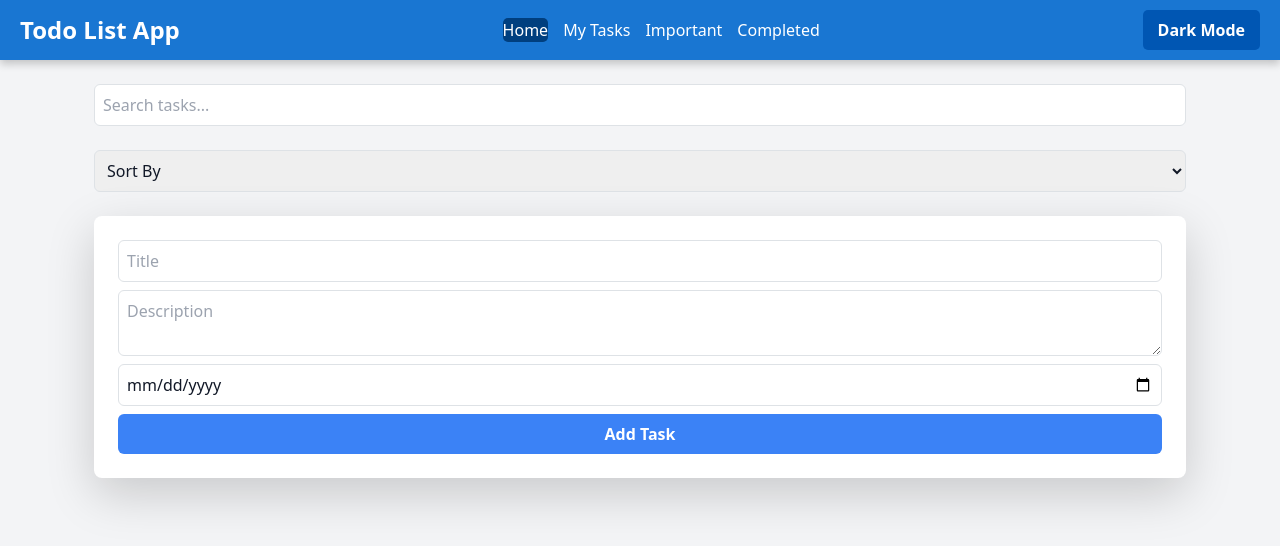
Repository: HPNChanel/Todo-List-Web-App
Page: / (app in frontend/todolist/)
An editor plug-in stored every save of this project. The page is shown before and after the next save, followed by the edit.
The browser window is 1280 px wide. The pictures show the whole page.
The page's requests for data from a server got no answer. The project was rebuilt for these pictures with package versions that can differ from the ones it lists, and the page was loaded fresh each time. No one was signed in, and anything a server would have sent is missing. Also part of the build but not shown: frontend/todolist/src/workspaces/MyTasks.js, frontend/todolist/src/workspaces/ImportantTasks.js, frontend/todolist/src/workspaces/CompletedTasks.js, frontend/todolist/src/components/Workspace.js, frontend/todolist/src/components/TaskItem.js.

Above is the page before, as saved 2024-11-09 12:00:40.

### frontend/todolist/src/App.js
// src/App.js
import React, { useState } from 'react';
import { BrowserRouter as Router, Route, Routes } from 'react-router-dom';
import NavBar from './components/NavBar';
import Workspace from './components/Workspace';
import TaskList from './components/TaskList';
import { TaskProvider } from './contexts/TaskContext';
import { ToastContainer } from 'react-toastify';
import { motion } from 'framer-motion';

function App() {
    const [isDarkMode, setIsDarkMode] = useState(false);

    const toggleDarkMode = () => setIsDarkMode(!isDarkMode);

    return (
        <TaskProvider>
            <Router>
                <ToastContainer position="top-right" autoClose={3000} />
                <motion.div
                    initial={{ opacity: 0 }}
                    animate={{ opacity: 1 }}
                    exit={{ opacity: 0 }}
                    className={`${isDarkMode ? 'dark' : ''}`}
                >
                    <div className={`min-h-screen ${isDarkMode ? 'bg-gray-800 text-gray-100' : 'bg-gray-100 text-gray-900'}`}>
                        <NavBar isDarkMode={isDarkMode} toggleDarkMode={toggleDarkMode} />
                        <Routes>
                            <Route path="/workspace/*" element={<Workspace />} />
                            <Route path="/" element={<TaskList />} />
                        </Routes>
                    </div>
                </motion.div>
            </Router>
        </TaskProvider>
    );
}

export default App;

### frontend/todolist/src/components/NavBar.js
// src/components/NavBar.js
import React from 'react';
import { NavLink } from 'react-router-dom';
import '../styles/NavBar.css';

function NavBar({ isDarkMode, toggleDarkMode }) {
    return (
        <div className={`nav-bar ${isDarkMode ? 'bg-gray-900 text-white' : 'bg-blue-600 text-white'}`}>
            <div className="nav-title">Todo List App</div>
            <div className="nav-links">
                <NavLink to="/" exact activeClassName="active" className="nav-link">
                    Home
                </NavLink>
                <NavLink to="/workspace/my-tasks" activeClassName="active" className="nav-link">
                    My Tasks
                </NavLink>
                <NavLink to="/workspace/important" activeClassName="active" className="nav-link">
                    Important
                </NavLink>
                <NavLink to="/workspace/completed" activeClassName="active" className="nav-link">
                    Completed
                </NavLink>
            </div>
            <button onClick={toggleDarkMode} className="dark-mode-toggle">
                {isDarkMode ? 'Light Mode' : 'Dark Mode'}
            </button>
        </div>
    );
}

export default NavBar;

### frontend/todolist/src/components/TaskList.js
// src/components/TaskList.js
import React, { useState, useEffect, useContext } from 'react';
import TaskItem from './TaskItem';
import TaskForm from './TaskForm';
import { TaskContext } from '../contexts/TaskContext';

function TaskList() {
    const { tasks, fetchTasks } = useContext(TaskContext);
    const [searchQuery, setSearchQuery] = useState('');
    const [filteredTasks, setFilteredTasks] = useState(tasks);
    const [sortOrder, setSortOrder] = useState('');
    const [taskToEdit, setTaskToEdit] = useState(null);

    useEffect(() => {
        fetchTasks();
    }, [fetchTasks]);

    useEffect(() => {
        let sortedTasks = tasks.filter(task =>
            task.title.toLowerCase().includes(searchQuery.toLowerCase()) ||
            task.description.toLowerCase().includes(searchQuery.toLowerCase())
        );

        if (sortOrder === 'due_date') {
            sortedTasks = sortedTasks.sort((a, b) => new Date(a.due_date) - new Date(b.due_date));
        } else if (sortOrder === 'priority') {
            sortedTasks = sortedTasks.sort((a, b) => a.priority - b.priority);
        }

        setFilteredTasks(sortedTasks);
    }, [searchQuery, sortOrder, tasks]);

    const handleEdit = (task) => {
        setTaskToEdit(task);
    };

    return (
        <div className="task-list container mx-auto p-4">
            <input
                type="text"
                placeholder="Search tasks..."
                value={searchQuery}
                onChange={(e) => setSearchQuery(e.target.value)}
                className="block w-full p-2 mb-4 border border-gray-300 rounded"
            />
            <select
                onChange={(e) => setSortOrder(e.target.value)}
                className="block w-full mb-4 p-2 border border-gray-300 rounded"
            >
                <option value="">Sort By</option>
                <option value="due_date">Due Date</option>
                <option value="priority">Priority</option>
            </select>
            <TaskForm taskToEdit={taskToEdit} clearTaskToEdit={() => setTaskToEdit(null)} />
            <div className="task-grid">
                {filteredTasks.map((task) => (
                    <TaskItem key={task.id} task={task} onEdit={handleEdit} />
                ))}
            </div>
        </div>
    );
}

export default TaskList;

### frontend/todolist/src/contexts/TaskContext.js
import React, { createContext, useState, useCallback } from 'react';
import { getTasks, createTask, updateTask, deleteTask } from '../api/TaskApi';

export const TaskContext = createContext();

export const TaskProvider = ({ children }) => {
    const [tasks, setTasks] = useState([]);

    const fetchTasks = useCallback(async (category = '') => {
        const data = await getTasks(category);
        setTasks(data);
    }, []);

    const addTask = async (task) => {
        const newTask = await createTask(task);
        setTasks([...tasks, newTask]);
    };

    const editTask = async (id, updatedTask) => {
        const task = await updateTask(id, updatedTask);
        setTasks(tasks.map((t) => (t.id === task.id ? task : t)));
    };

    const removeTask = async (id) => {
        await deleteTask(id);
        setTasks(tasks.filter((t) => t.id !== id));
    };

    // Hàm toggleComplete để thay đổi trạng thái hoàn thành của task
    const toggleComplete = async (id) => {
        const task = tasks.find((t) => t.id === id);
        if (task) {
            const updatedTask = { ...task, completed: !task.completed };
            await updateTask(id, updatedTask);
            setTasks(tasks.map((t) => (t.id === id ? updatedTask : t)));
        }
    };

    return (
        <TaskContext.Provider value={{ tasks, fetchTasks, addTask, editTask, removeTask, toggleComplete }}>
            {children}
        </TaskContext.Provider>
    );
};

### frontend/todolist/src/styles/NavBar.css
/* src/components/NavBar.css */
.nav-bar {
  display: flex;
  justify-content: space-between;
  align-items: center;
  padding: 10px 20px;
  background-color: #1976d2;
  color: white;
  box-shadow: 0 4px 8px rgba(0, 0, 0, 0.2);
}

.nav-title {
  font-size: 1.5rem;
  font-weight: bold;
}

.nav-links {
  display: flex;
  gap: 15px;
}

.nav-link {
  color: white;
  text-decoration: none;
  font-weight: bold;
  padding: 8px 15px;
  border-radius: 5px;
  transition: background-color 0.3s ease;
}

.nav-link:hover {
  background-color: #0056b3;
}

.nav-link.active {
  background-color: #003f7f;
}

.dark-mode-toggle {
  background-color: #0056b3;
  color: white;
  border: none;
  padding: 8px 15px;
  border-radius: 5px;
  font-weight: bold;
  cursor: pointer;
  transition: background-color 0.3s ease;
}

.dark-mode-toggle:hover {
  background-color: #003f7f;
}

### frontend/todolist/src/components/TaskForm.js
// src/components/TaskForm.js
import React, { useState, useContext, useEffect } from 'react';
import { TaskContext } from '../contexts/TaskContext';
import { toast } from 'react-toastify';
import 'react-toastify/dist/ReactToastify.css';

function TaskForm({ taskToEdit, clearTaskToEdit }) {
    const { addTask, editTask } = useContext(TaskContext);
    const [title, setTitle] = useState('');
    const [description, setDescription] = useState('');
    const [dueDate, setDueDate] = useState('');

    useEffect(() => {
        if (taskToEdit) {
            setTitle(taskToEdit.title);
            setDescription(taskToEdit.description);
            setDueDate(taskToEdit.due_date);
        }
    }, [taskToEdit]);

    const handleSave = () => {
        if (taskToEdit) {
            editTask(taskToEdit.id, { title, description, due_date: dueDate });
            toast.success('Task updated successfully!');
            clearTaskToEdit();
        } else {
            addTask({ title, description, due_date: dueDate });
            toast.success('Task added successfully!');
        }
        setTitle('');
        setDescription('');
        setDueDate('');
    };

    return (
        <div className="task-form bg-white shadow-lg rounded-lg p-4 mb-4">
            <input
                type="text"
                placeholder="Title"
                value={title}
                onChange={(e) => setTitle(e.target.value)}
                className="block w-full p-2 mb-2 border border-gray-300 rounded"
            />
            <textarea
                placeholder="Description"
                value={description}
                onChange={(e) => setDescription(e.target.value)}
                className="block w-full p-2 mb-2 border border-gray-300 rounded"
            />
            <input
                type="date"
                value={dueDate}
                onChange={(e) => setDueDate(e.target.value)}
                className="block w-full p-2 mb-2 border border-gray-300 rounded"
            />
            <button
                onClick={handleSave}
                className="w-full py-2 px-4 rounded bg-blue-500 hover:bg-blue-600 text-white font-bold"
            >
                {taskToEdit ? 'Update Task' : 'Add Task'}
            </button>
        </div>
    );
}

export default TaskForm;

### frontend/todolist/src/api/TaskApi.js
// src/api/TaskApi.js
import axios from 'axios';

const API_URL = 'http://localhost:8000/tasks/';

export const getTasks = async (category = '') => {
    const url = category ? `${API_URL}?category=${category}` : API_URL;
    const response = await axios.get(url);
    return response.data;
};

export const createTask = async (task) => {
    const response = await axios.post(`${API_URL}create/`, task);
    return response.data;
};

export const updateTask = async (id, task) => {
    const response = await axios.put(`${API_URL}${id}/update/`, task);
    return response.data;
};

export const deleteTask = async (id) => {
    await axios.delete(`${API_URL}${id}/delete/`);
};

### frontend/todolist/tailwind.config.js
// tailwind.config.js
module.exports = {
  content: [
    "./src/**/*.{js,jsx,ts,tsx}",
  ],
  theme: {
    extend: {},
  },
  plugins: [],
  darkMode: 'class', // kích hoạt dark mode bằng class
}

### frontend/todolist/src/components/Home.js
// src/components/Home.js
import React from 'react';
import { Link } from 'react-router-dom';

function Home() {
    return (
        <div className="home-container text-center py-10">
            <h1 className="text-4xl font-bold mb-6">Welcome to the Todo List App</h1>
            <p className="text-lg mb-6">Organize and prioritize your tasks with ease!</p>
            <div className="flex justify-center gap-6">
                <Link to="/workspace/my-tasks" className="home-link bg-blue-500 hover:bg-blue-700 text-white font-bold py-3 px-6 rounded">
                    Go to My Tasks
                </Link>
                <Link to="/workspace/important" className="home-link bg-yellow-500 hover:bg-yellow-700 text-white font-bold py-3 px-6 rounded">
                    Go to Important Tasks
                </Link>
                <Link to="/workspace/completed" className="home-link bg-green-500 hover:bg-green-700 text-white font-bold py-3 px-6 rounded">
                    Go to Completed Tasks
                </Link>
            </div>
        </div>
    );
}

export default Home;

Loaded but not shown: frontend/todolist/public/index.html (common file); frontend/todolist/src/index.js (common file); frontend/todolist/src/index.css (common file)

After the next save:
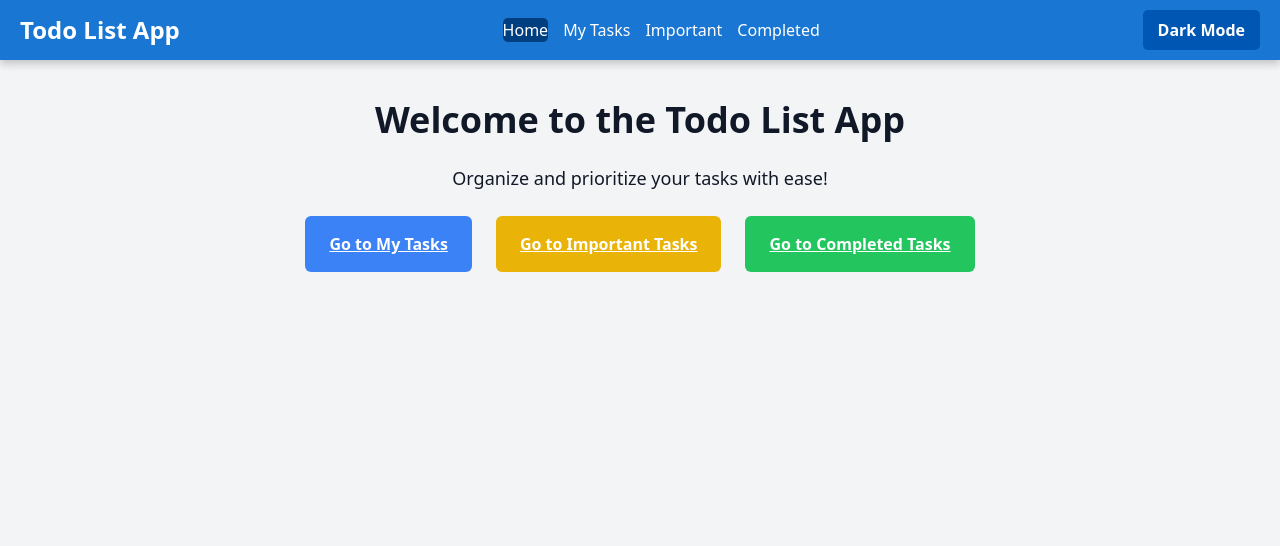
Saved 11 s later.
--- a/frontend/todolist/src/App.js
+++ b/frontend/todolist/src/App.js
@@ -3,7 +3,7 @@ import React, { useState } from 'react';
 import { BrowserRouter as Router, Route, Routes } from 'react-router-dom';
 import NavBar from './components/NavBar';
 import Workspace from './components/Workspace';
-import TaskList from './components/TaskList';
+import Home from './components/Home';
 import { TaskProvider } from './contexts/TaskContext';
 import { ToastContainer } from 'react-toastify';
 import { motion } from 'framer-motion';
@@ -26,8 +26,8 @@ function App() {
                     <div className={`min-h-screen ${isDarkMode ? 'bg-gray-800 text-gray-100' : 'bg-gray-100 text-gray-900'}`}>
                         <NavBar isDarkMode={isDarkMode} toggleDarkMode={toggleDarkMode} />
                         <Routes>
+                            <Route path="/" element={<Home />} />
                             <Route path="/workspace/*" element={<Workspace />} />
-                            <Route path="/" element={<TaskList />} />
                         </Routes>
                     </div>
                 </motion.div>
